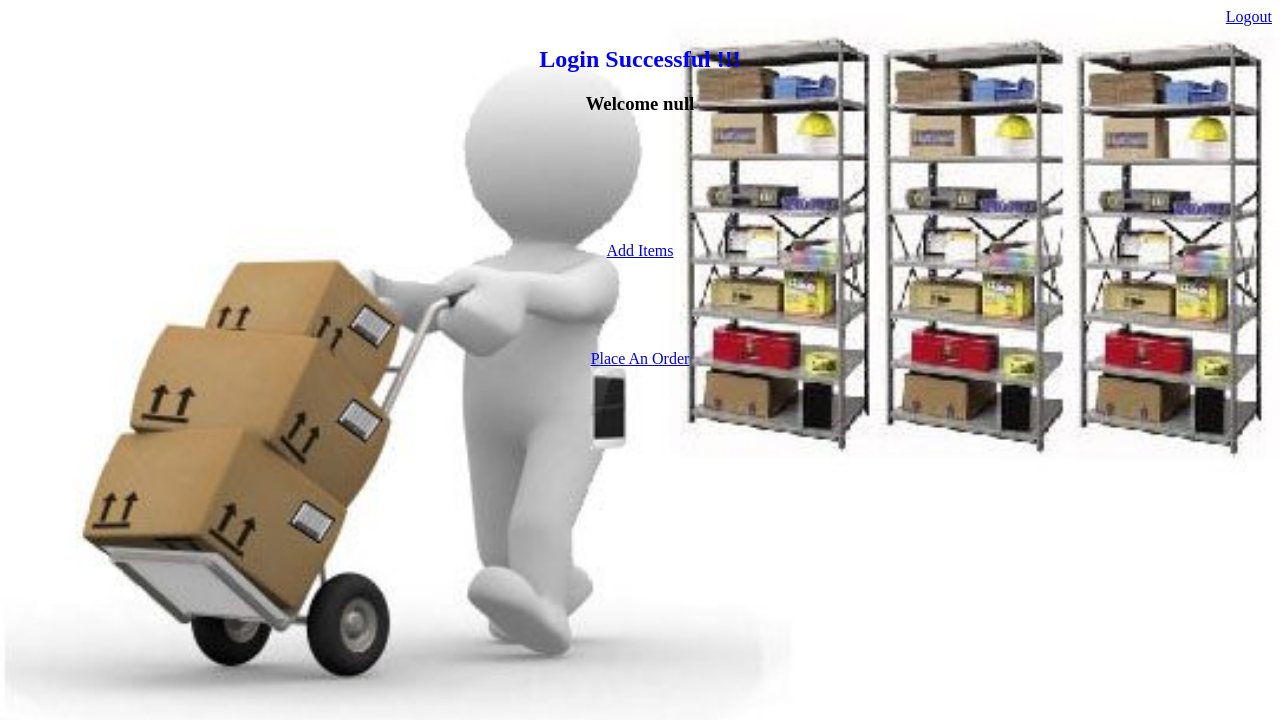
Repository: nirmaniPathiranage/CSSE-Procurement-Management
Page: http://localhost/Item_Management/Home.jsp
The author's editor kept a copy of each file at every save. The page is drawn from the files as they stood at one save, then again after the next save.
The browser window is 1280 px wide. The pictures show the whole page.
The page is served by Tomcat 9. Other server files are loaded and not shown.

Above is the page before, as saved 2019-09-29 18:48:27.

### Item_Management/WebContent/Home.jsp
<%@ page language="java" contentType="text/html; charset=ISO-8859-1"
	pageEncoding="ISO-8859-1"%>
<!DOCTYPE html>
<html>
<head>
<meta http-equiv="Content-Type" content="text/html; charset=ISO-8859-1">
<title>Home Page</title>
<style>
body{

	background:url('bg2.jpg');
	background-size: cover;
}
</style>
</head>
<body>
	<div style="text-align: right">
		<a href="LogoutServlet">Logout</a>
	</div>
	<center>
		<h2>
			<font style="color: blue">Login Successful !!!</font>
		</h2>
	</center>
	<center>
		<h3>
			Welcome
			<%=session.getAttribute("userName")%>
		</h3>

		<br><br><br><br><br><br>
<a href = "AddItem.jsp">Add Items</a>
<br><br><br><br><br><br>
<a href = "PlaceOrder.jsp">Place An Order</a>

</body>
</html>

After the next save:
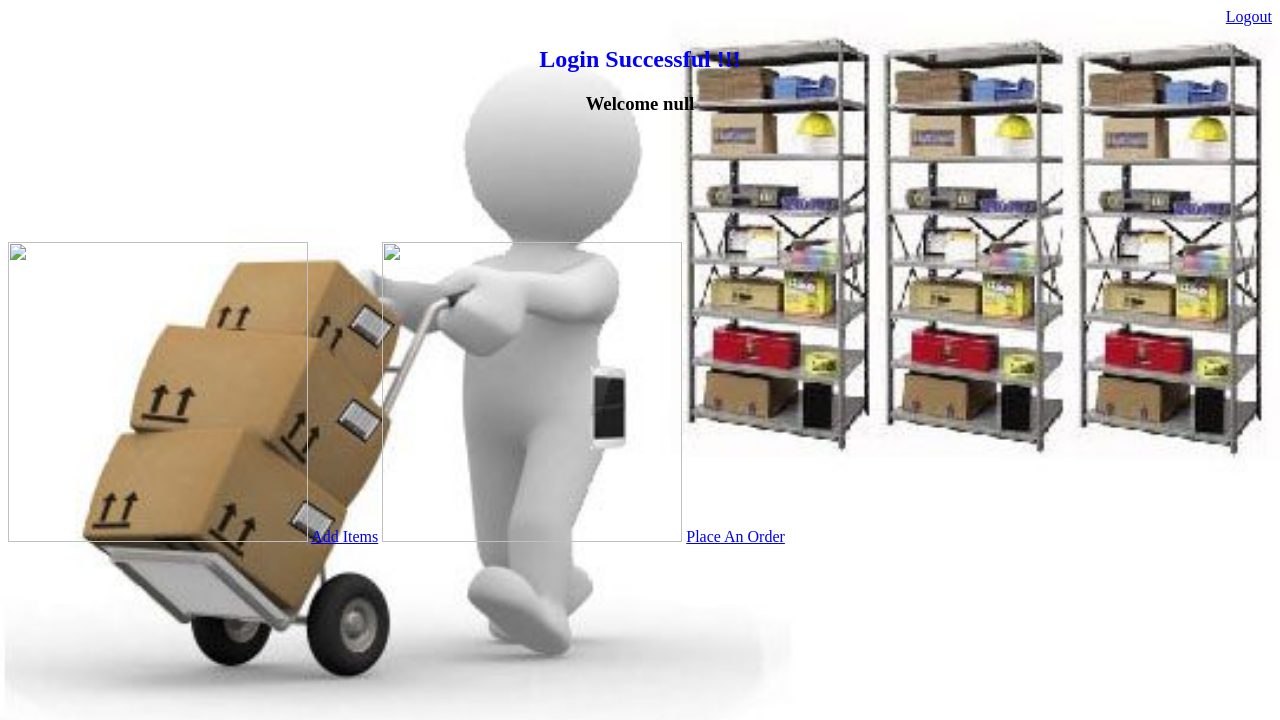
Not found: Item_Management/Item_Management/95188-200.png
Not found: Item_Management/Item_Management/ima.png
Saved 114 s later.
--- a/Item_Management/WebContent/Home.jsp
+++ b/Item_Management/WebContent/Home.jsp
@@ -27,11 +27,12 @@
 			Welcome
 			<%=session.getAttribute("userName")%>
 		</h3>
-
+		</center>
 		<br><br><br><br><br><br>
+<img src = "95188-200.png" height = "300px" width = "300px">
 <a href = "AddItem.jsp">Add Items</a>
+<img src = "ima.png" height = "300px" width = "300px">
+<a href = "PlaceOrder.jsp">Place An Order</a>
 <br><br><br><br><br><br>
-<a href = "PlaceOrder.jsp">Place An Order</a>
-
 </body>
 </html>

After the save that followed:
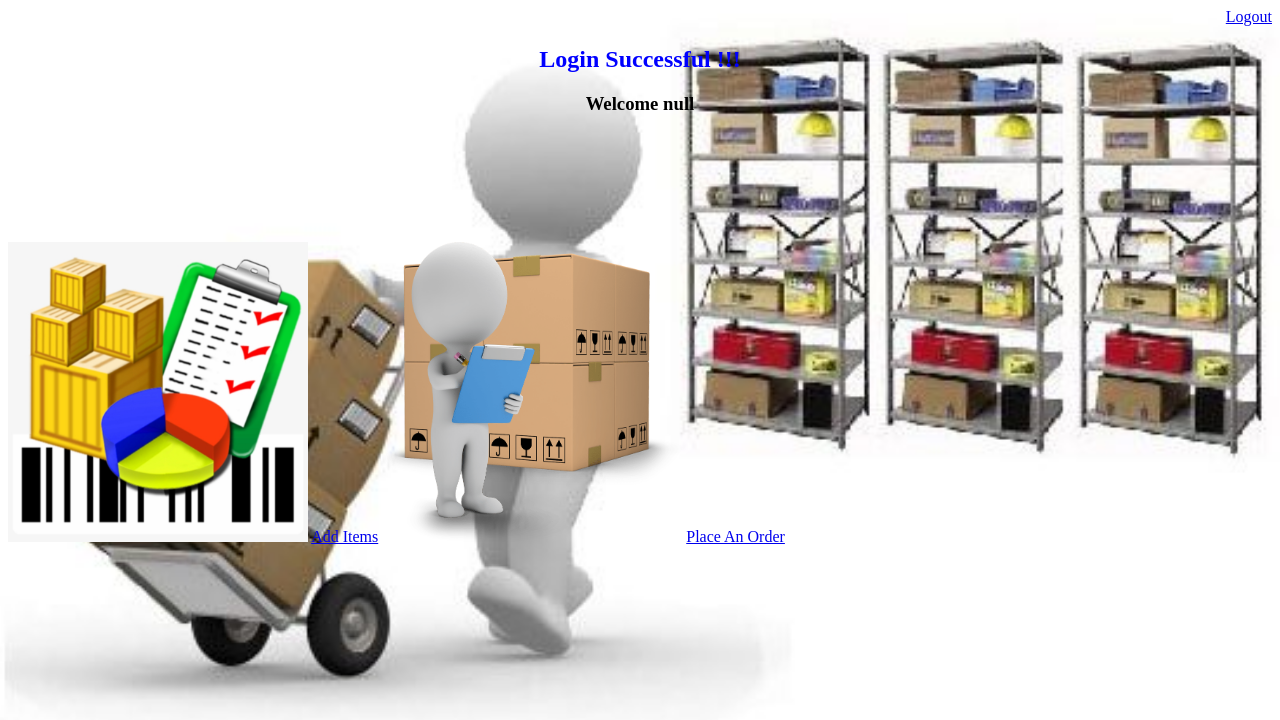
Saved 7 min 53 s later.
--- a/Item_Management/WebContent/Home.jsp
+++ b/Item_Management/WebContent/Home.jsp
@@ -29,9 +29,9 @@
 		</h3>
 		</center>
 		<br><br><br><br><br><br>
-<img src = "95188-200.png" height = "300px" width = "300px">
+<img src = "sales.png.jpg" height = "300px" width = "300px">
 <a href = "AddItem.jsp">Add Items</a>
-<img src = "ima.png" height = "300px" width = "300px">
+<img src = "warehouse-inventory-icon-6.png" height = "300px" width = "300px">
 <a href = "PlaceOrder.jsp">Place An Order</a>
 <br><br><br><br><br><br>
 </body>
